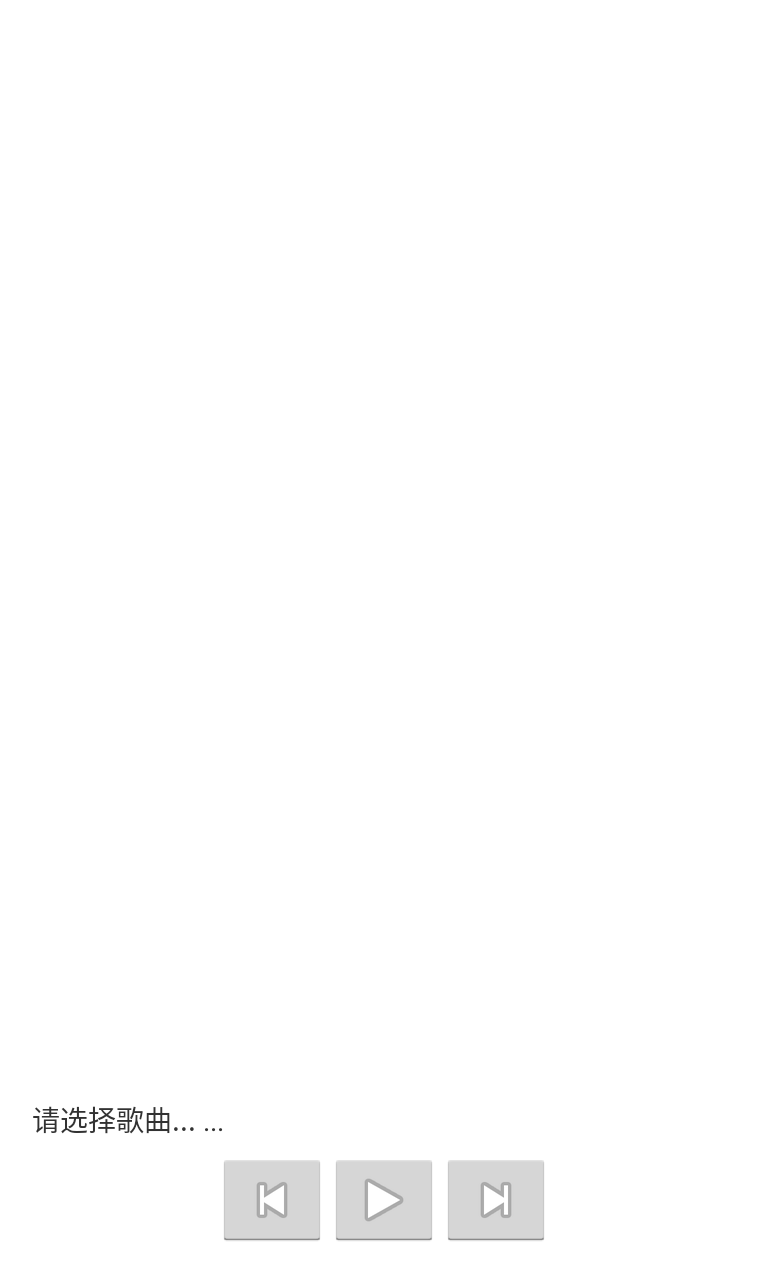
Repository: xuelang201201/Android
Layout: Android基础/音乐播放器v1.0/res/layout/activity_main.xml
These files come from the project's save history. The layout is drawn as it stood at one moment and after the next save; the edit follows.
It is drawn on a 768 x 1280 px phone screen (xhdpi) without system bars, with theme AppTheme; the app's code is not run. Lists and similar views that code fills are empty.

Above is the layout before, as saved 2016-02-02 07:31:50.

### Android基础/音乐播放器v1.0/res/layout/activity_main.xml
<RelativeLayout xmlns:android="http://schemas.android.com/apk/res/android"
    xmlns:tools="http://schemas.android.com/tools"
    android:layout_width="match_parent"
    android:layout_height="match_parent"
    android:paddingBottom="@dimen/activity_vertical_margin"
    android:paddingLeft="@dimen/activity_horizontal_margin"
    android:paddingRight="@dimen/activity_horizontal_margin"
    android:paddingTop="@dimen/activity_vertical_margin"
    tools:context=".MainActivity" >

    <!-- 歌曲列表 -->
    <ListView
        android:id="@+id/lv_musics"
        android:layout_width="match_parent"
        android:layout_height="wrap_content"
        android:layout_alignParentTop="true"
        android:layout_above="@+id/tv_music_title" />

    <!-- 歌曲信息 -->
    <RelativeLayout
        android:id="@+id/rl_music_info"
        android:layout_width="match_parent"
        android:layout_height="wrap_content" >



    </RelativeLayout>
    <TextView
        android:id="@+id/tv_music_title"
        android:layout_width="match_parent"
        android:layout_height="wrap_content"
        android:paddingTop="10dp"
        android:paddingBottom="6dp"
        android:text="请选择歌曲... ..."
        android:layout_above="@+id/ib_play_or_pause" />

    <ImageButton
        android:id="@+id/ib_play_or_pause"
        android:layout_width="wrap_content"
        android:layout_height="wrap_content"
        android:layout_alignParentBottom="true"
        android:layout_centerHorizontal="true"
        android:src="@android:drawable/ic_media_play" />

    <ImageButton
        android:id="@+id/ib_previous"
        android:layout_width="wrap_content"
        android:layout_height="wrap_content"
		android:layout_toLeftOf="@+id/ib_play_or_pause"
		android:layout_alignTop="@+id/ib_play_or_pause"
        android:src="@android:drawable/ic_media_previous" />

    <ImageButton
        android:id="@+id/ib_next"
        android:layout_width="wrap_content"
        android:layout_height="wrap_content"
		android:layout_toRightOf="@+id/ib_play_or_pause"
		android:layout_alignTop="@+id/ib_play_or_pause"
        android:src="@android:drawable/ic_media_next" />

</RelativeLayout>

Loaded but not shown: Android基础/音乐播放器v1.0/res/values/styles.xml (common file); Android基础/音乐播放器v1.0/res/values-v11/styles.xml (common file); Android基础/音乐播放器v1.0/res/values-v14/styles.xml (common file); Android基础/音乐播放器v1.0/res/values/dimens.xml (common file)

After the next save:
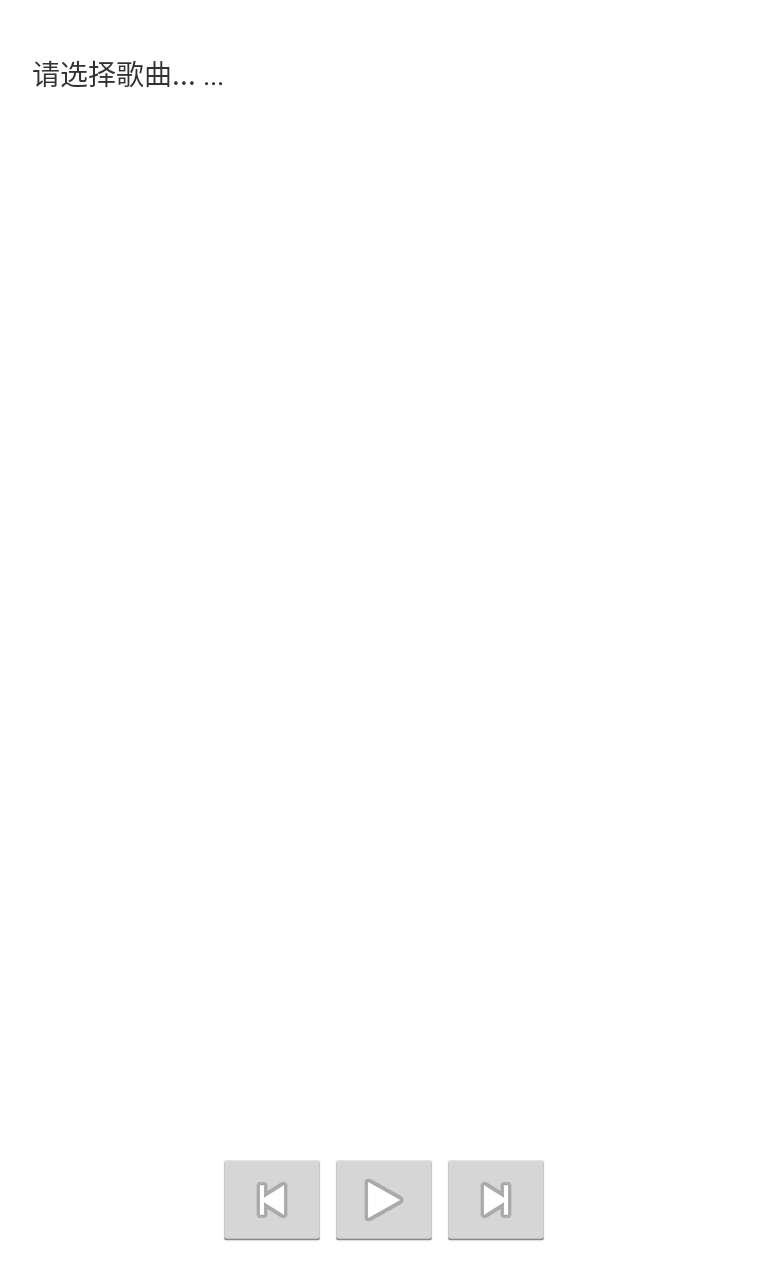
Saved 3 min 38 s later.
--- a/Android基础/音乐播放器v1.0/res/layout/activity_main.xml
+++ b/Android基础/音乐播放器v1.0/res/layout/activity_main.xml
@@ -22,9 +22,6 @@
         android:layout_width="match_parent"
         android:layout_height="wrap_content" >
 
-
-
-    </RelativeLayout>
     <TextView
         android:id="@+id/tv_music_title"
         android:layout_width="match_parent"
@@ -33,6 +30,12 @@
         android:paddingBottom="6dp"
         android:text="请选择歌曲... ..."
         android:layout_above="@+id/ib_play_or_pause" />
+    </RelativeLayout>
+
+    <RelativeLayout
+        android:id="rl_button"
+        android:layout_width="match_parent"
+        android:layout_height="wrap_content" >
 
     <ImageButton
         android:id="@+id/ib_play_or_pause"
@@ -57,5 +60,6 @@
 		android:layout_toRightOf="@+id/ib_play_or_pause"
 		android:layout_alignTop="@+id/ib_play_or_pause"
         android:src="@android:drawable/ic_media_next" />
+    </RelativeLayout>
 
 </RelativeLayout>
